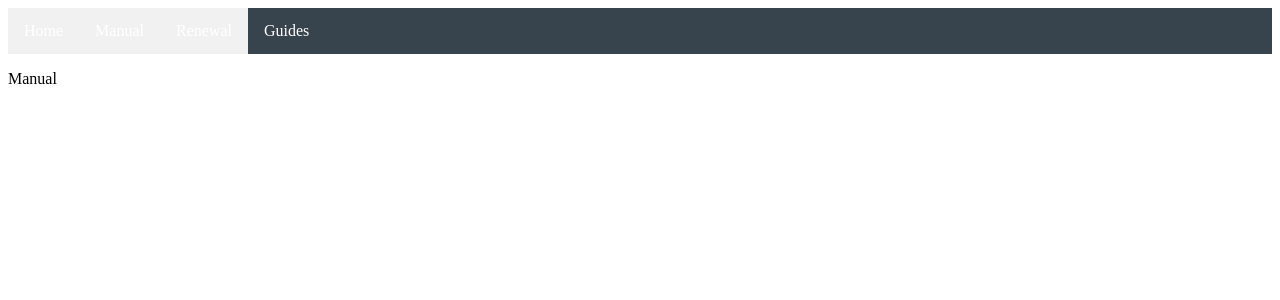
Repository: muesinga/ticketoffice-dot-info
Page: guides/manual.html
These files come from the project's save history. The page is drawn as it stood at one moment and after the next save; the edit follows.
The browser window is 1280 px wide. The pictures show the whole page.

Above is the page before, as saved 2022-06-07 14:03:00.
Console error: TypeError: Cannot read properties of null (reading 'getElementsByClassName')

After the next save:
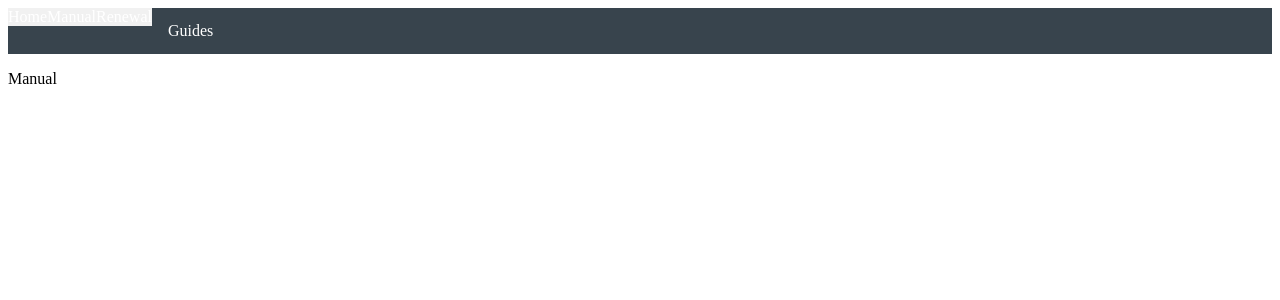
Saved 105 s later.
--- a/style/style.css
+++ b/style/style.css
@@ -8,7 +8,7 @@
   .navlink {
     border: none;
     outline: none;
-    padding: 14px 16px;
+    /* padding: 14px 16px; */
     background-color: #f1f1f1;
     cursor: pointer;
     text-decoration: none;

After the save that followed:
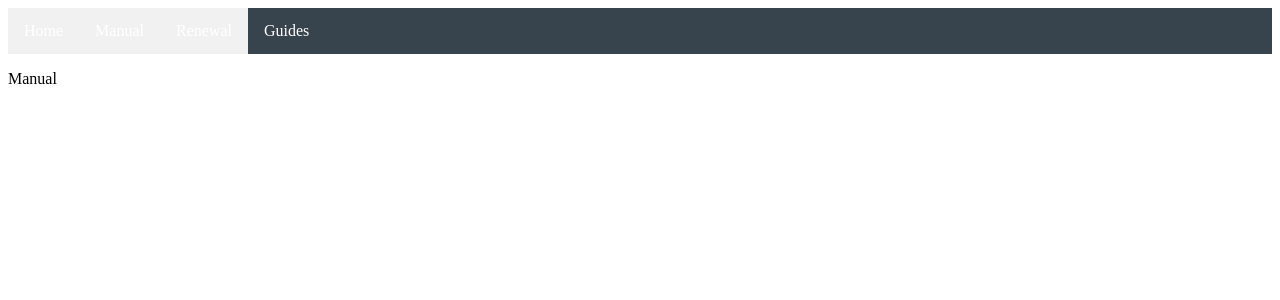
Saved 4 s later.
--- a/style/style.css
+++ b/style/style.css
@@ -8,7 +8,7 @@
   .navlink {
     border: none;
     outline: none;
-    /* padding: 14px 16px; */
+    padding: 14px 16px;
     background-color: #f1f1f1;
     cursor: pointer;
     text-decoration: none;
